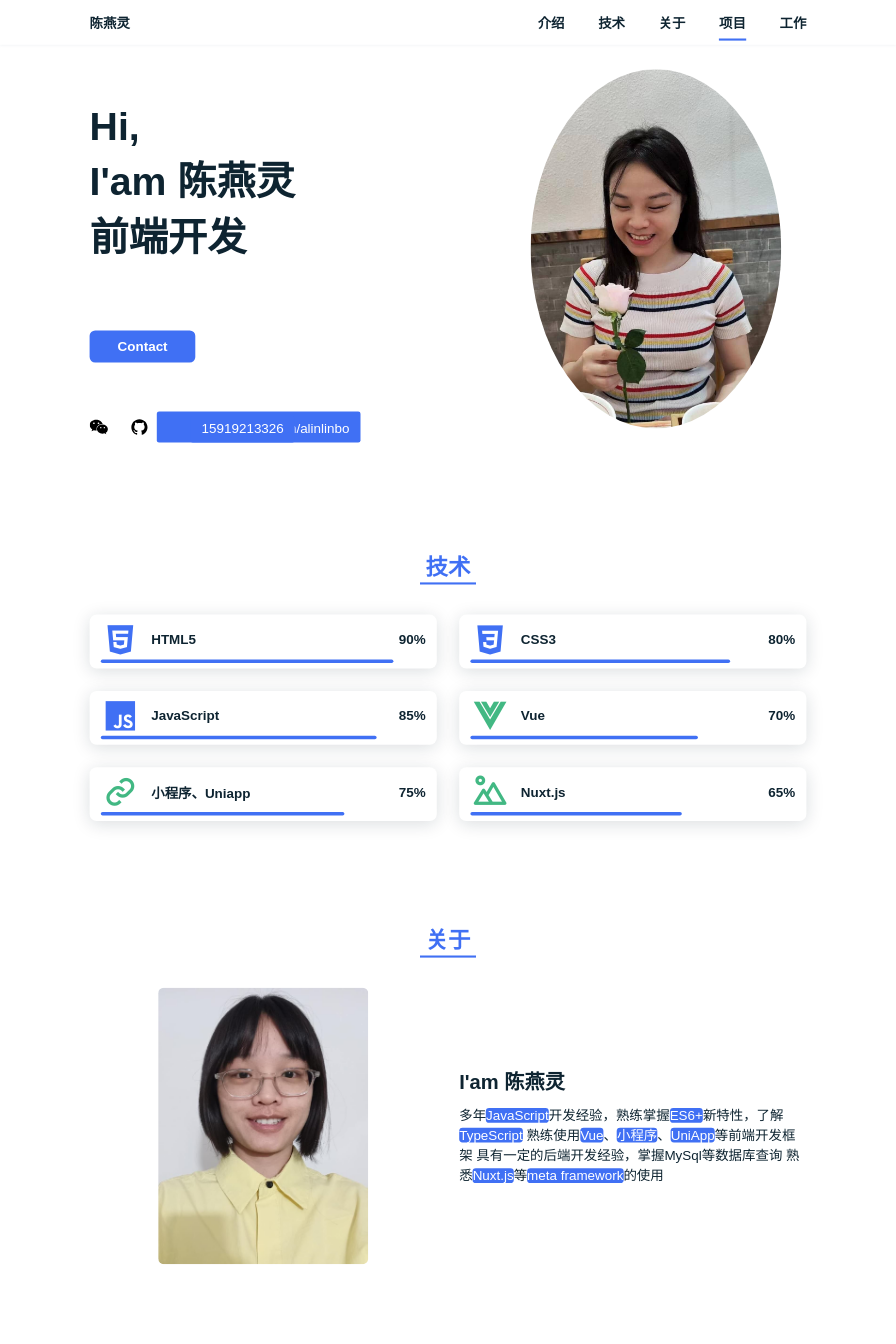
Repository: alinlinbo/yanling-resume-site
Page: index.html
These files come from the project's save history. The page is drawn as it stood at one moment and after the next save; the edit follows.
The browser window is 1280 px wide. The pictures show the part of the page from y = 0 to 1920 px (the page is 3770 px tall), at 70% of full size.

Above is the page before, as saved 2023-09-18 19:36:26.

After the next save:
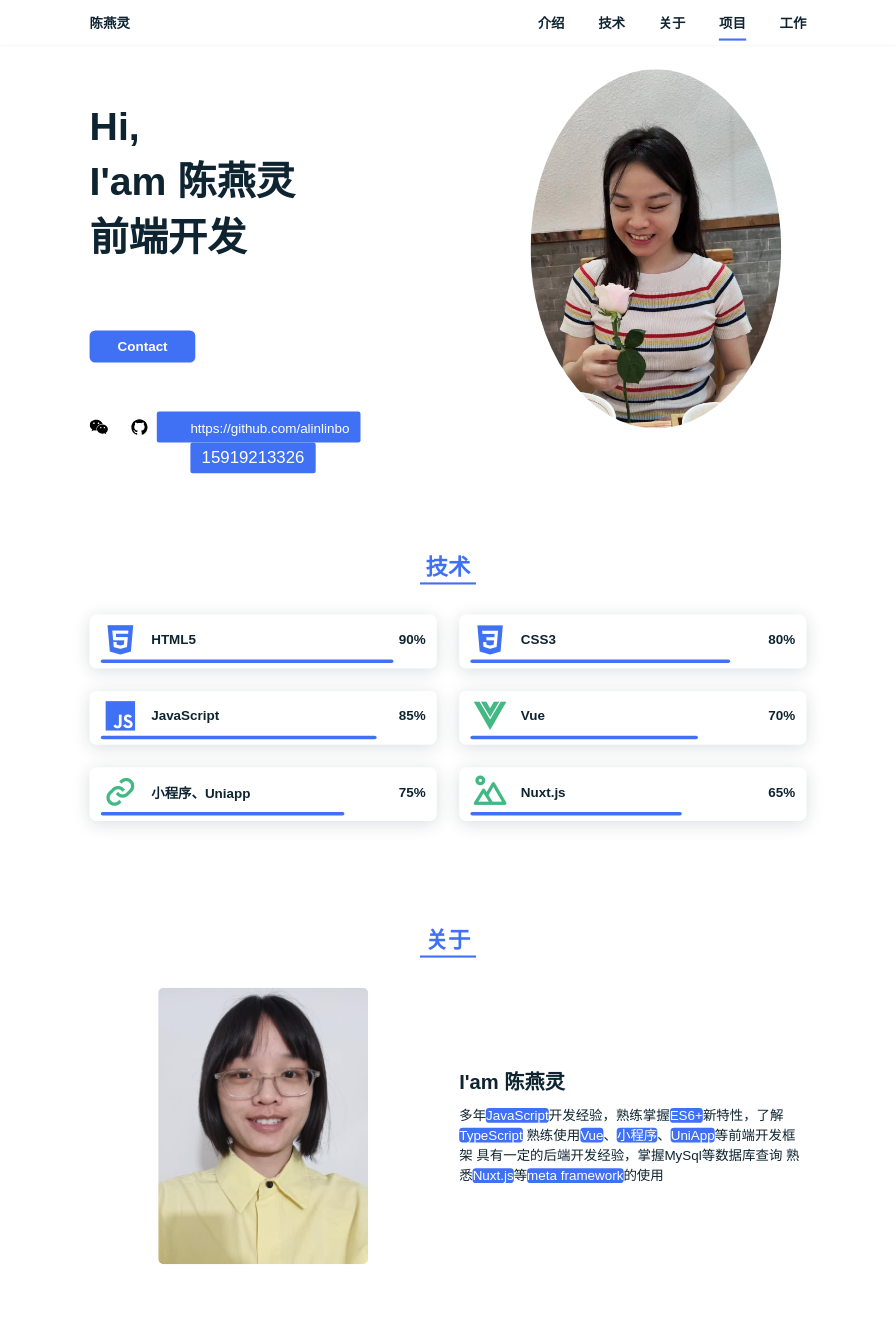
Saved 19 s later.
--- a/index.html
+++ b/index.html
@@ -81,14 +81,15 @@
                     <svg class="svg-icon-home svg-icon icon" aria-hidden="true">
                         <use xlink:href="#icon-phone"></use>
                     </svg>
+                    <div class=" home__phone">
+                        <div>15919213326</div>
+                    </div>
                 </a>
                 <div class=" home__code">
                     <img src="assets/img/wechat_code.png" alt="">
                 </div>
 
-                <div class=" home__phone">
-                    <div>15919213326</div>
-                </div>
+
             </div>
 
             <div class="home__img">
